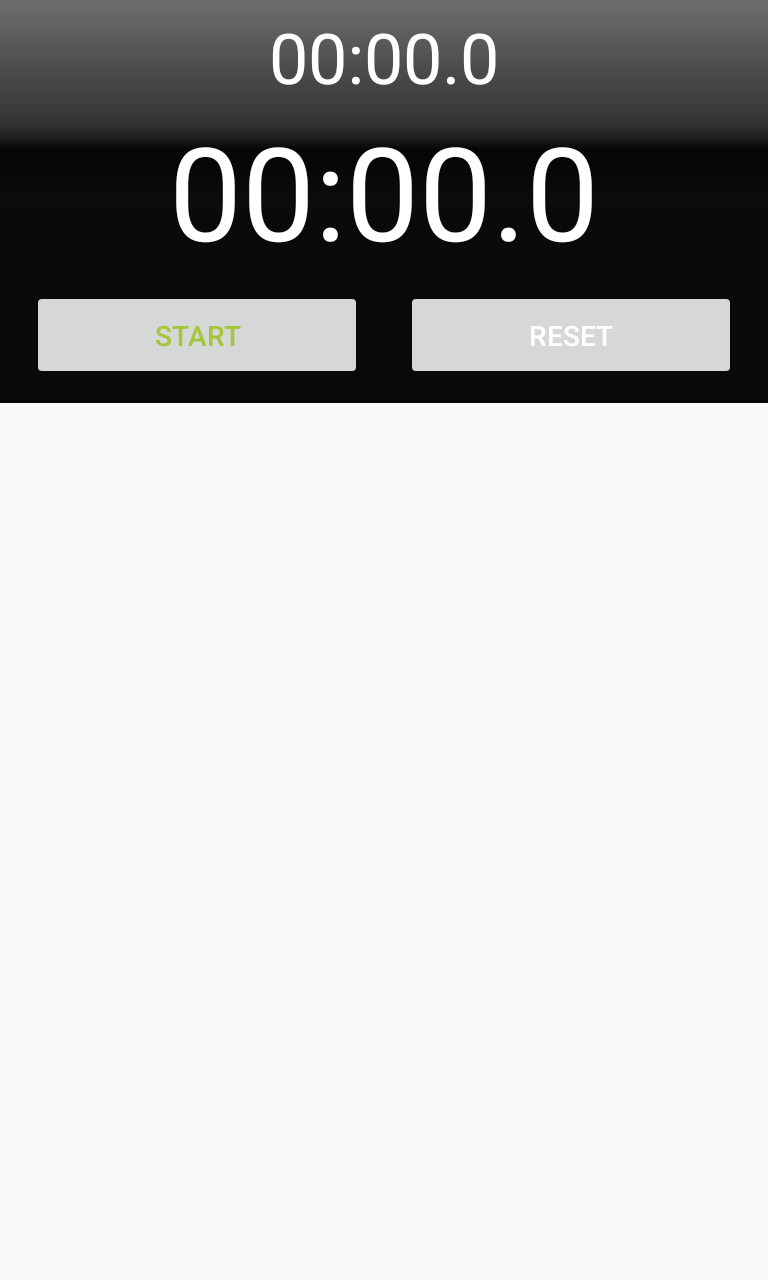
Repository: GitDidNotExitCleanly/AndroidTimer
Layout: G54MDP_Stopwatch/res/layout/fragment_stopwatch.xml
An editor plug-in stored every save of this project. The layout is shown before and after the next save, followed by the edit.
It is drawn on a 768 x 1280 px phone screen (xhdpi) without system bars, with theme AppTheme; the app's code is not run. Lists and similar views that code fills are empty.

Above is the layout before, as saved 2015-03-07 02:37:15.

### G54MDP_Stopwatch/res/layout/fragment_stopwatch.xml
<?xml version="1.0" encoding="utf-8"?>
<LinearLayout xmlns:android="http://schemas.android.com/apk/res/android"
    android:layout_width="match_parent"
    android:layout_height="match_parent"
    android:gravity="center_horizontal"
    android:orientation="vertical" >

        <LinearLayout
            android:layout_width="fill_parent"
            android:layout_height="wrap_content"
            android:gravity="center_horizontal"
            android:orientation="vertical"
            android:background="@drawable/background" >

	        <TextView
	            android:id="@+id/smallTime"
	            android:layout_width="wrap_content"
	            android:layout_height="wrap_content"
	            android:text="00:00.0"
	            android:textSize="@dimen/stopwatch_small_time"
	            android:textColor="#fff"
	            android:layout_marginBottom="0dp"
	            android:paddingTop="5dp" />

	        <TextView
	            android:id="@+id/largeTime"
	            android:layout_width="wrap_content"
	            android:layout_height="wrap_content"
	            android:text="00:00.0"
	            android:textSize="@dimen/stopwatch_large_time"
	            android:textColor="#fff"
	            android:paddingBottom="5dp" />

	        <LinearLayout
	            android:layout_width="match_parent"
	            android:layout_height="wrap_content"
	            android:gravity="center_horizontal"
	            android:orientation="horizontal"
	            android:layout_marginBottom="10dp" >

	            <Button
	                android:id="@+id/start_stop"
	                android:layout_width="wrap_content"
	                android:layout_height="wrap_content"
	                android:layout_weight="1"
	                android:text="Start"
	                android:textColor="#a4c639"
	                android:layout_marginLeft="15dp"
	                android:layout_marginRight="10dp" />

	            <Button
	                android:id="@+id/reset_lap"
	                android:layout_width="wrap_content"
	                android:layout_height="wrap_content"
	                android:layout_weight="1"
	                android:text="Reset"
	                android:textColor="#fff"
	                android:layout_marginLeft="10dp"
	                android:layout_marginRight="15dp" />

	        </LinearLayout>
    </LinearLayout>

    <ListView
        android:id="@+id/timeList"
        android:layout_width="fill_parent"
        android:layout_height="wrap_content"
        android:layout_gravity="center_horizontal" >

    </ListView>

</LinearLayout>

### G54MDP_Stopwatch/res/values/dimens.xml
<resources>

    <!-- Default screen margins, per the Android Design guidelines. -->
    <dimen name="activity_horizontal_margin">16dp</dimen>
    <dimen name="activity_vertical_margin">16dp</dimen>
    <dimen name="stopwatch_large_time">65dp</dimen><dimen name="stopwatch_small_time">35dp</dimen>

</resources>

Loaded but not shown: G54MDP_Stopwatch/res/values/styles.xml (common file); G54MDP_Stopwatch/res/values-v11/styles.xml (common file); G54MDP_Stopwatch/res/values-v14/styles.xml (common file)

After the next save:
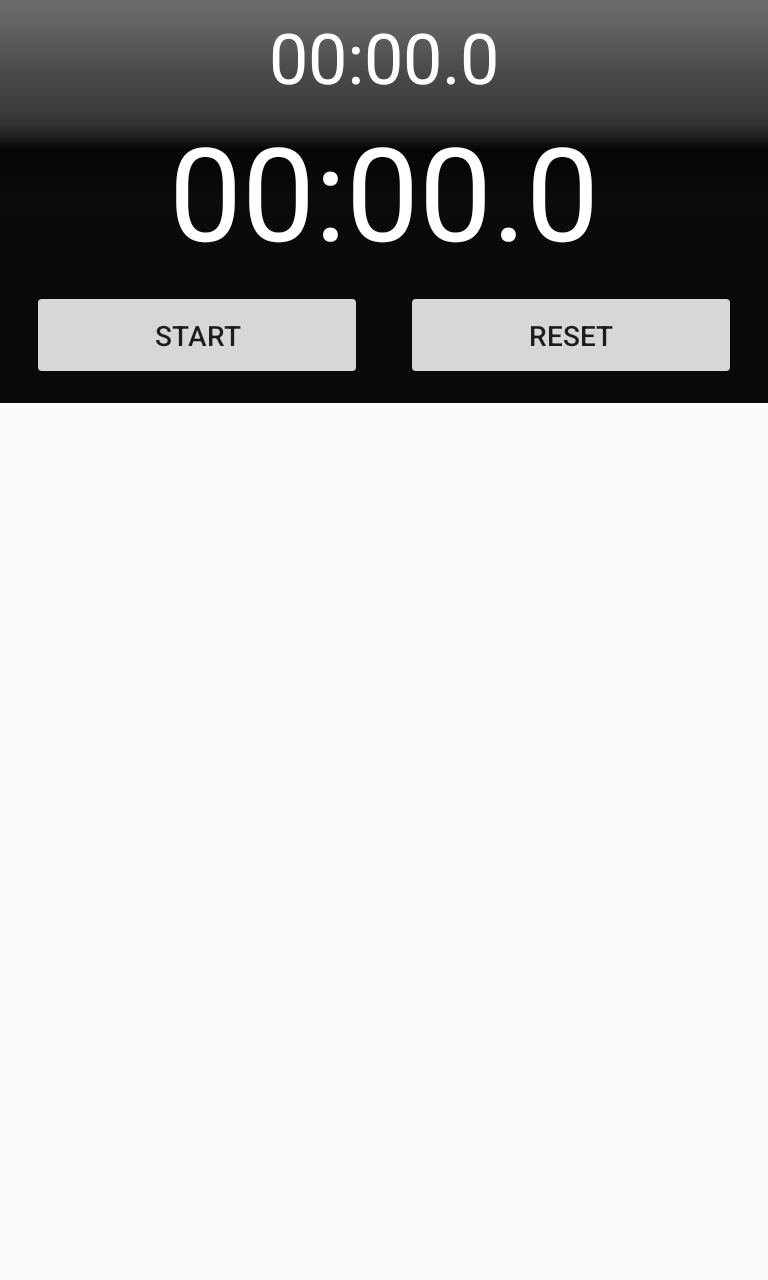
Saved 46 s later.
--- a/G54MDP_Stopwatch/res/layout/fragment_stopwatch.xml
+++ b/G54MDP_Stopwatch/res/layout/fragment_stopwatch.xml
@@ -44,7 +44,6 @@
 	                android:layout_height="wrap_content"
 	                android:layout_weight="1"
 	                android:text="Start"
-	                android:textColor="#a4c639"
 	                android:layout_marginLeft="15dp"
 	                android:layout_marginRight="10dp" />
 
@@ -54,7 +53,6 @@
 	                android:layout_height="wrap_content"
 	                android:layout_weight="1"
 	                android:text="Reset"
-	                android:textColor="#fff"
 	                android:layout_marginLeft="10dp"
 	                android:layout_marginRight="15dp" />
 
